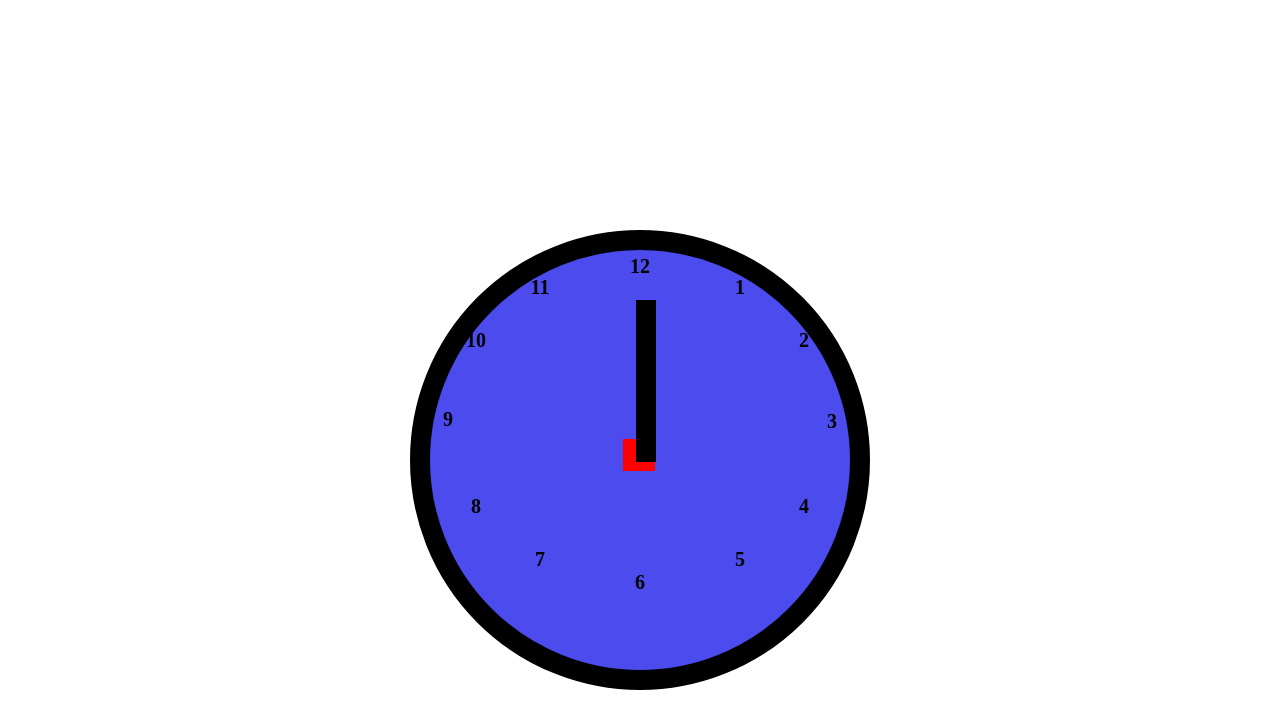
Repository: Eugene44-hub/Analog-clock
Page: index.html
These files come from the project's save history. The page is drawn as it stood at one moment and after the next save; the edit follows.
The browser window is 1280 px wide. The pictures show the whole page.

Above is the page before, as saved 2021-09-04 15:43:48.

### index.html
<!DOCTYPE html>
<html lang="en">

<head>
    <meta charset="UTF-8">
    <meta http-equiv="X-UA-Compatible" content="IE=edge">
    <meta name="viewport" content="width=device-width, initial-scale=1.0">
    <title>Document</title>
    <link rel="stylesheet" href="style.css">
</head>

<body>
    <div class="clock">
        <div class="numbers">
            <div class="circle"></div>
            <div class="minute"></div>
            <div class="second"></div>

            <div class="num1">1</div>
            <div class="num2">2</div>
            <div class="num3">3</div>
            <div class="num4">4</div>
            <div class="num5">5</div>
            <div class="num6">6</div>
            <div class="num7">7</div>
            <div class="num8">8</div>
            <div class="num9">9</div>
            <div class="num10">10</div>
            <div class="num11">11</div>
            <div class="num12">12</div>
        </div>
    </div>
</body>

</html>

### style.css
* {
    padding: 0;
    margin: 0;
}

.clock {
    background-color: rgb(75, 75, 238);
    height: 400px;
    width: 400px;
    border: 20px solid black;
    text-align: center;
    font-weight: bold;
    font-family: cursive;
    font-size: 20px;
    transform: translate(0, 50%);
    position: relative;
    border-radius: 50%;
    margin: auto;
    padding: 10px;
}

.circle {
    background-color: red;
    position: absolute;
    top: 45%;
    left: 46%;
    width: 32px;
    height: 32px;
    border: 50%;
}

.minute {
    background-color: black;
    position: absolute;
    top: 12%;
    left: 49%;
    width: 20px;
    height: 162px;
    border: 50%;
}

.num6 {
    transform: translate(0, 850%);
}

.num9 {
    transform: translate(-48%, -155%);
}

.num12 {
    transform: translate(0, -1120%);
}

.num3 {
    transform: translate(48%, 450%);
}

.num1 {
    transform: translate(25%, 70%);
}

.num2 {
    transform: translate(41%, 200%);
}

.num4 {
    transform: translate(41%, 720%);
}

.num11 {
    transform: ;
}

.num5 {
    transform: translate(25%, 850%);
}

.num5 {
    transform: translate(25%, 850%);
}

.num7 {
    transform: translate(-25%, 650%);
}

.num8 {
    transform: translate(-41%, 320%);
}

.num11 {
    transform: translate(-25%, -930%)
}

.num10 {
    transform: translate(-41%, -600%);
}


/* .num1,
.num2,
.num3,
.num4,
.num5,
.num6,
.num7,
.num8,
.num9,
.num10,
.num11,
.num12 {
    padding: 15px;
} */


/* .num1 {
    transform: translate(28%, 100%);
}

.num2 {
    transform: translate(44%, 260%);
}

.num3 {
    transform: translate(48%, 489%);
}

.num4 {
    transform: translate(44%, 750%);
}

.num5 {
    transform: translate(28%, 890%);
}

.num6 {
    transform: translate(0, 890%);
}

.num7 {
    transform: translate(24%, 694%);
}

.num8 {
    transform: translate(-44%, 350%)
}

.num9 {
    transform: translate(-48%, -100%);
}

.num10 {
    transform: translate(-44%, -540%);
}

.num11 {
    transform: translate(-28%, -900%);
}

.num12 {
    transform: translate(0, -1130%);
} */

After the next save:
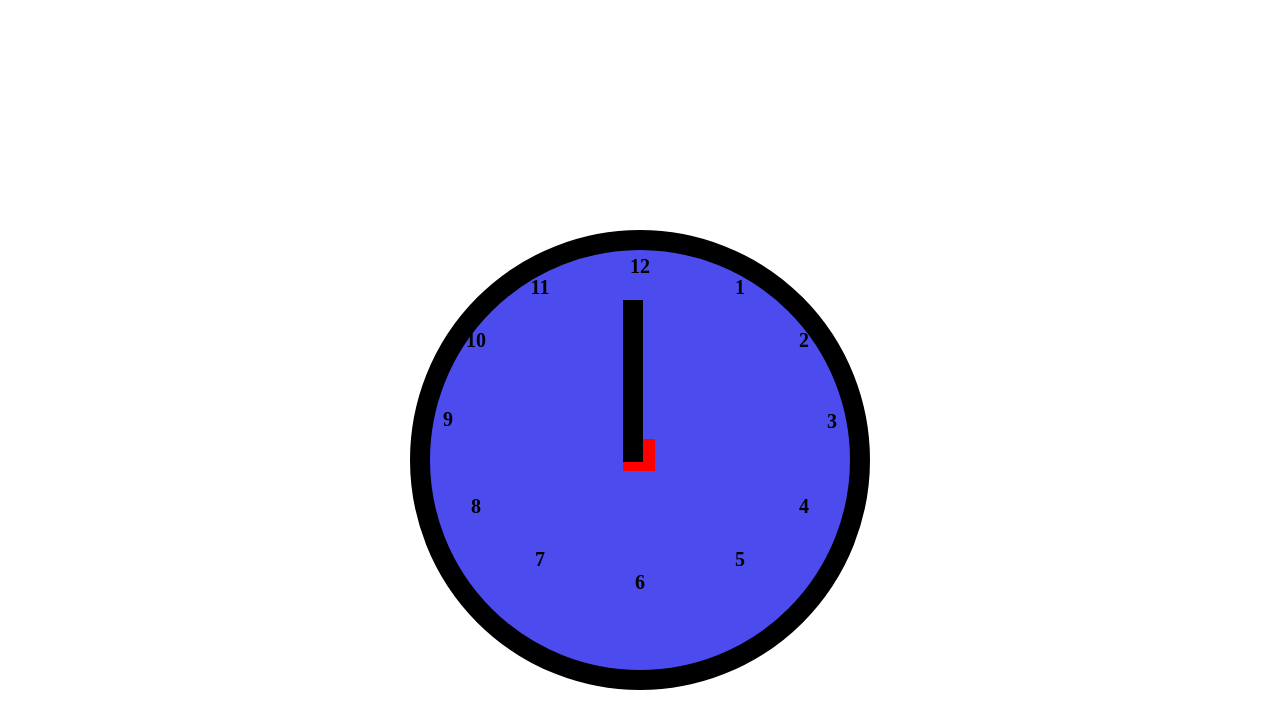
Saved 4 s later.
--- a/style.css
+++ b/style.css
@@ -33,7 +33,7 @@
     background-color: black;
     position: absolute;
     top: 12%;
-    left: 49%;
+    left: 46%;
     width: 20px;
     height: 162px;
     border: 50%;
